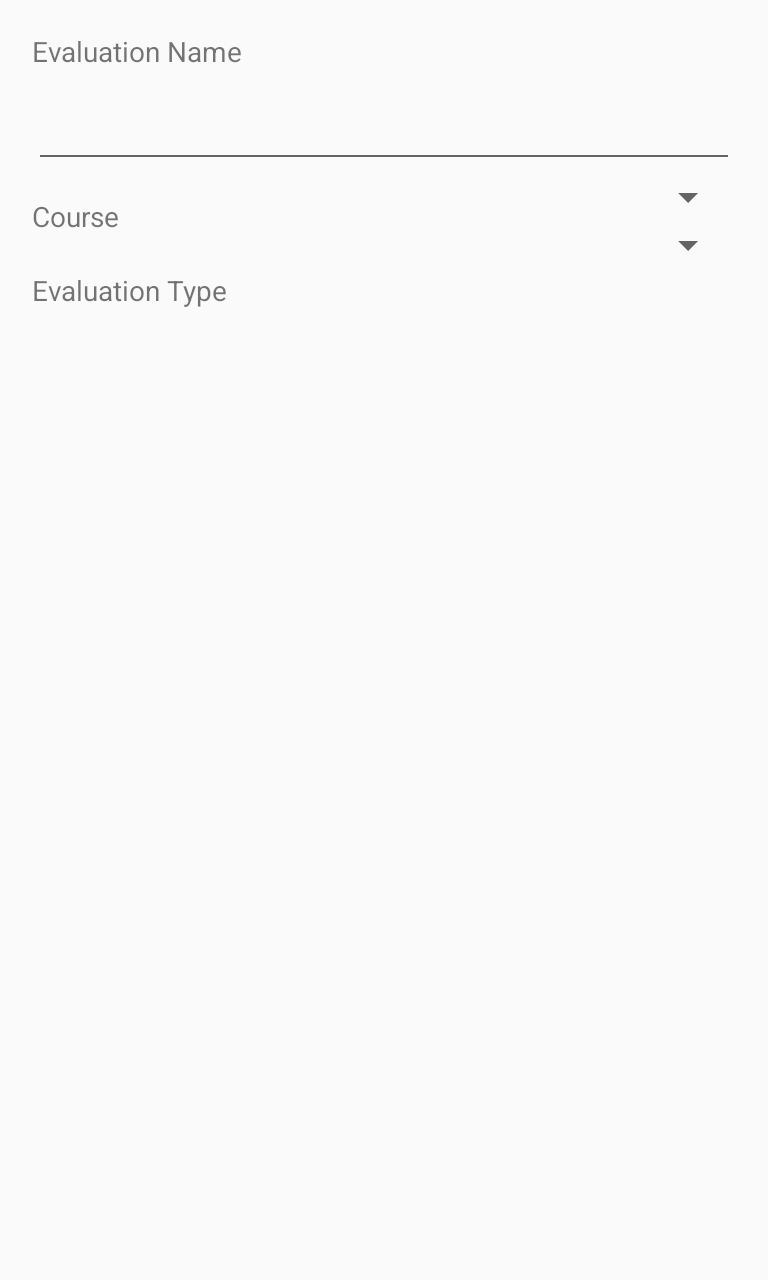
Repository: Tenergy05/GradePlanner
Layout: GradePlanner/res/layout/activity_add_mark.xml
These files come from the project's save history. The layout is drawn as it stood at one moment and after the next save; the edit follows.
It is drawn on a 768 x 1280 px phone screen (xhdpi) without system bars, with theme AppTheme; the app's code is not run.

Above is the layout before, as saved 2014-12-30 21:25:08.

### GradePlanner/res/layout/activity_add_mark.xml
<RelativeLayout xmlns:android="http://schemas.android.com/apk/res/android"
    xmlns:tools="http://schemas.android.com/tools"
    android:layout_width="match_parent"
    android:layout_height="match_parent"
    android:paddingBottom="@dimen/activity_vertical_margin"
    android:paddingLeft="@dimen/activity_horizontal_margin"
    android:paddingRight="@dimen/activity_horizontal_margin"
    android:paddingTop="@dimen/activity_vertical_margin"
    tools:context="com.example.gradeplanner.AddMarkActivity" >

    <TextView
        android:id="@+id/textView1"
        android:layout_width="wrap_content"
        android:layout_height="wrap_content"
        android:text="@string/eval_name" />

    <EditText
        android:id="@+id/editText1"
        android:layout_width="wrap_content"
        android:layout_height="wrap_content"
        android:layout_alignLeft="@+id/textView1"
        android:layout_alignParentRight="true"
        android:layout_below="@+id/textView1"
        android:layout_marginTop="10dp"
        android:inputType="text"
        android:ems="10" />

    <TextView
        android:id="@+id/textView2"
        android:layout_width="wrap_content"
        android:layout_height="wrap_content"
        android:layout_alignLeft="@+id/editText1"
        android:layout_below="@+id/editText1"
        android:layout_marginTop="12dp"
        android:text="@string/course" />

    <Spinner
        android:id="@+id/spinner1"
        android:layout_width="wrap_content"
        android:layout_height="wrap_content"
        android:layout_alignRight="@+id/editText1"
        android:layout_below="@+id/editText1"
        android:layout_toRightOf="@+id/textView2" />

    <TextView
        android:id="@+id/textView3"
        android:layout_width="wrap_content"
        android:layout_height="wrap_content"
        android:layout_alignLeft="@+id/textView2"
        android:layout_below="@+id/textView2"
        android:layout_marginTop="18dp"
        android:text="@string/eval_type" />

    <Spinner
        android:id="@+id/spinner2"
        android:layout_width="wrap_content"
        android:layout_height="wrap_content"
        android:layout_alignParentLeft="true"
        android:layout_alignParentRight="true"
        android:layout_below="@+id/spinner1" />

</RelativeLayout>

### GradePlanner/res/values/strings.xml
<?xml version="1.0" encoding="utf-8"?>
<resources>

    <string name="app_name">Grade Planner</string>
    <string name="add_course">Add Course</string>
    <string name="course">Course</string>
    <string name="grade">Grade</string>
    <string name="goal">Goal</string>
    <string name="weight">Weight</string>
    <string name="action_settings">Settings</string>
    <string name="title_activity_add_course">Add Course</string>
    <string name="course_code">Course Code</string>
    <string name="grade_goal">Course Goal</string>
    <string name="add_mark">Add Mark</string>
    <string name="percentage">%</string>
    <string name="submit">Submit</string>
    <string name="title_activity_add_mark">Add Mark</string>
    <string name="eval_name">Evaluation Name</string>
    <string name="eval_type">Evaluation Type</string>

</resources>

Loaded but not shown: GradePlanner/res/values/styles.xml (common file); GradePlanner/res/values-v11/styles.xml (common file); GradePlanner/res/values-v14/styles.xml (common file); GradePlanner/res/values/dimens.xml (common file); GradePlanner/res/values-w820dp/dimens.xml (common file)

After the next save:
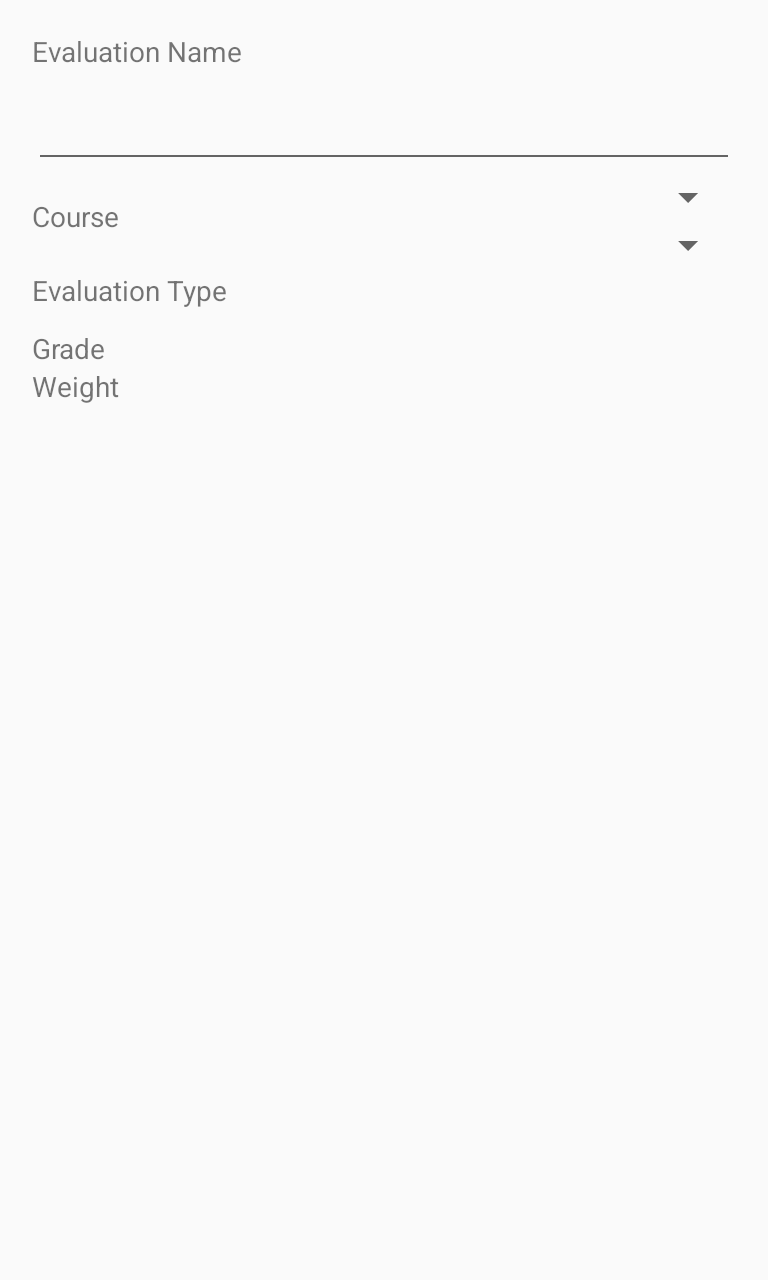
Saved 18 s later.
--- a/GradePlanner/res/layout/activity_add_mark.xml
+++ b/GradePlanner/res/layout/activity_add_mark.xml
@@ -59,4 +59,21 @@
         android:layout_alignParentRight="true"
         android:layout_below="@+id/spinner1" />
 
+    <TextView
+        android:id="@+id/textView4"
+        android:layout_width="wrap_content"
+        android:layout_height="wrap_content"
+        android:layout_alignLeft="@+id/spinner2"
+        android:layout_below="@+id/spinner2"
+        android:layout_marginTop="30dp"
+        android:text="@string/grade" />
+
+    <TextView
+        android:id="@+id/textView5"
+        android:layout_width="wrap_content"
+        android:layout_height="wrap_content"
+        android:layout_alignLeft="@+id/textView4"
+        android:layout_below="@+id/textView4"
+        android:text="@string/weight" />
+
 </RelativeLayout>
